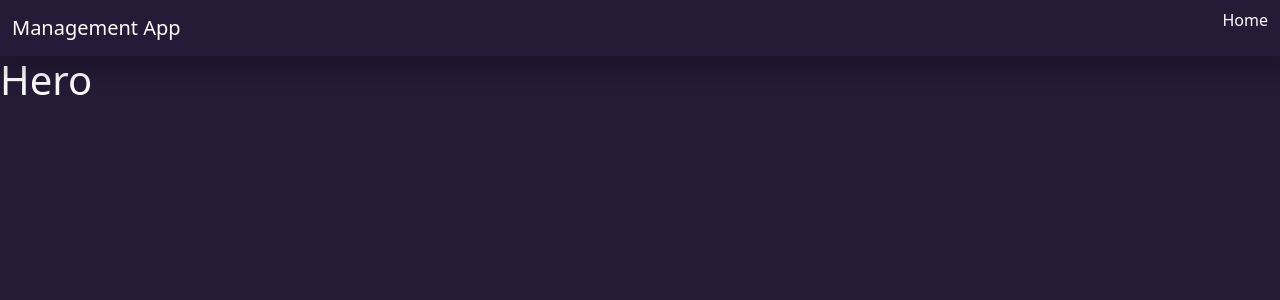
Repository: iamevs/Employee-Management-System
Page: / (app in client/)
These files come from the project's save history. The page is drawn as it stood at one moment and after the next save; the edit follows.
The browser window is 1280 px wide. The pictures show the whole page.
The project was rebuilt for these pictures with package versions that can differ from the ones it lists, and the page was loaded fresh each time. Also part of the build but not shown: client/vite.config.js, client/src/App.css, client/src/components/Home.jsx, client/src/components/Register.jsx, client/src/components/Edit.jsx. Imported but missing from the stored project, and not drawn on this page: client/src/components/Details.

Above is the page before, as saved 2022-11-28 23:19:31.

After the next save:
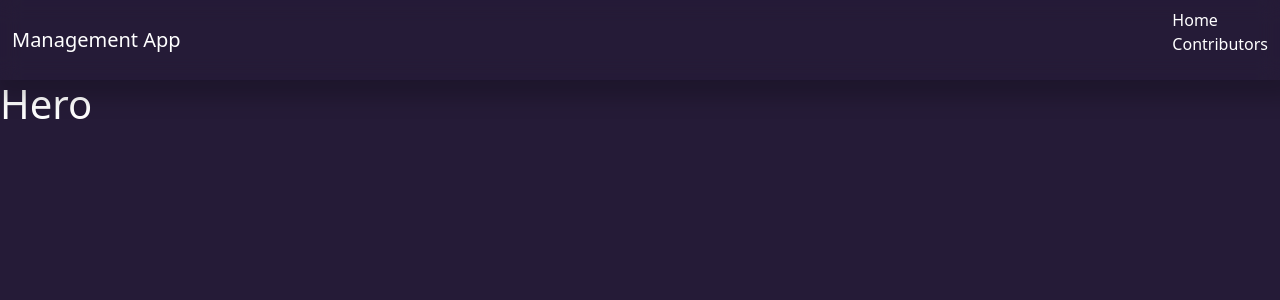
Saved 60 s later.
--- a/client/src/components/Navbar.jsx
+++ b/client/src/components/Navbar.jsx
@@ -28,6 +28,7 @@ const Navbar = () => {
                         </form> */}
                         <ul>
                             <a className="nav-link active text-white" aria-current="page" href="/home">Home</a>
+                            <a className="nav-link active text-white" aria-current="page" href="/">Contributors</a>
                         </ul>
                     </div>
                 </div>
